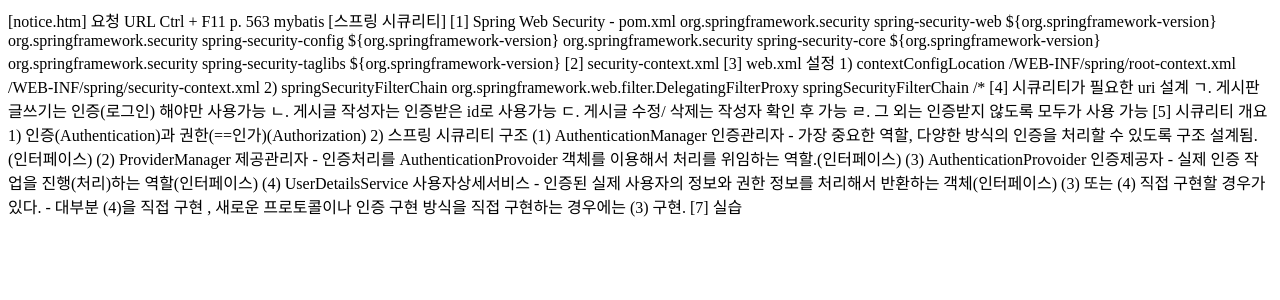
Repository: Vida0822/-
Page: SL11_SECURITY/src/main/webapp/customer/notice.htm
An editor plug-in stored every save of this project. The page is shown before and after the next save, followed by the edit.
The browser window is 1280 px wide. The pictures show the whole page.

Above is the page before, as saved 2023-07-04 01:19:20.

### SL11_SECURITY/src/main/webapp/customer/notice.htm
[notice.htm] 요청 URL
Ctrl + F11

p. 563 mybatis

[스프링 시큐리티]
[1] Spring Web Security - pom.xml

	<dependency>
			<groupId>org.springframework.security</groupId>
			<artifactId>spring-security-web</artifactId>
			<version>${org.springframework-version}</version>
		</dependency>

		<dependency>
			<groupId>org.springframework.security</groupId>
			<artifactId>spring-security-config</artifactId>
			<version>${org.springframework-version}</version>
		</dependency>

		<dependency>
			<groupId>org.springframework.security</groupId>
			<artifactId>spring-security-core</artifactId>
			<version>${org.springframework-version}</version>
		</dependency>

		<!-- https://mvnrepository.com/artifact/org.springframework.security/spring-security-taglibs -->
		<dependency>
			<groupId>org.springframework.security</groupId>
			<artifactId>spring-security-taglibs</artifactId>
			<version>${org.springframework-version}</version>
		</dependency>


	[2] security-context.xml
	<security:http>
	   <security:form-login/>
	</security:http>


	[3] web.xml 설정
	1)
	<context-param>
      <param-name>contextConfigLocation</param-name>
      <param-value>
         /WEB-INF/spring/root-context.xml
         /WEB-INF/spring/security-context.xml
      </param-value>
   </context-param>

	2)
	<filter>
      <filter-name>springSecurityFilterChain</filter-name>
      <filter-class>org.springframework.web.filter.DelegatingFilterProxy</filter-class>
   </filter>
   <filter-mapping>
      <filter-name>springSecurityFilterChain</filter-name>
      <url-pattern>/*</url-pattern>
   </filter-mapping>

   [4] 시큐리티가 필요한 uri 설계
   	ㄱ. 게시판 글쓰기는 인증(로그인) 해야만 사용가능
   	ㄴ. 게시글 작성자는 인증받은 id로 사용가능
   	ㄷ. 게시글 수정/ 삭제는 작성자 확인 후 가능
   	ㄹ. 그 외는 인증받지 않도록 모두가 사용 가능


	[5] 시큐리티 개요
   1) 인증(Authentication)과 권한(==인가)(Authorization)
   2) 스프링 시큐리티 구조
      (1) AuthenticationManager 인증관리자 - 가장 중요한 역할, 다양한 방식의 인증을 처리할 수 있도록 구조 설계됨.(인터페이스)
      (2) ProviderManager 제공관리자 - 인증처리를 AuthenticationProvoider 객체를 이용해서 처리를 위임하는 역할.(인터페이스)
      (3) AuthenticationProvoider 인증제공자 - 실제 인증 작업을 진행(처리)하는 역할(인터페이스)
      (4) UserDetailsService 사용자상세서비스 - 인증된 실제 사용자의 정보와 권한 정보를 처리해서 반환하는 객체(인터페이스)

      (3) 또는 (4) 직접 구현할 경우가 있다.  - 대부분 (4)을 직접 구현 , 새로운 프로토콜이나 인증 구현 방식을 직접 구현하는 경우에는 (3) 구현.


    [7] 실습

After the next save:
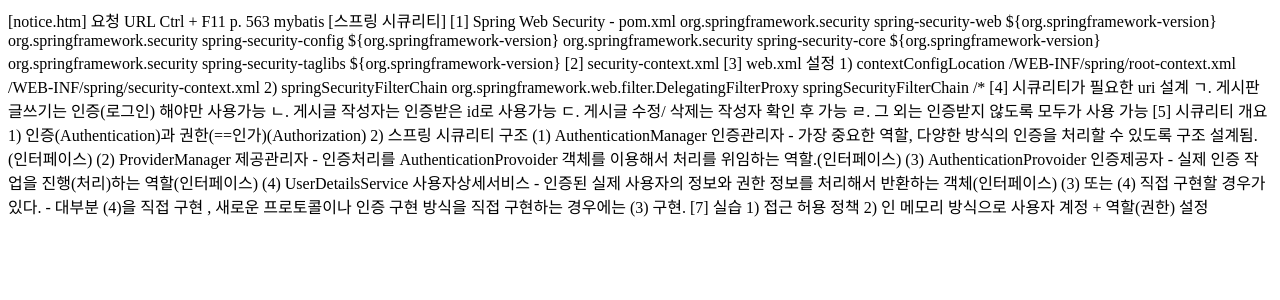
Saved 43 s later.
--- a/SL11_SECURITY/src/main/webapp/customer/notice.htm
+++ b/SL11_SECURITY/src/main/webapp/customer/notice.htm
@@ -77,3 +77,8 @@
 
 
     [7] 실습
+    1) 접근 허용 정책
+    	<security:intercept-url pattern="/customer/noticeReg.htm" access="isAuthenticated()" />
+		<security:intercept-url pattern="/customer/noticeDel.htm" access="hasRole('ROLE_ADMIN')" />
+		<security:intercept-url pattern="/**" access="permitAll"/>
+	2) 인 메모리 방식으로 사용자 계정 + 역할(권한) 설정
